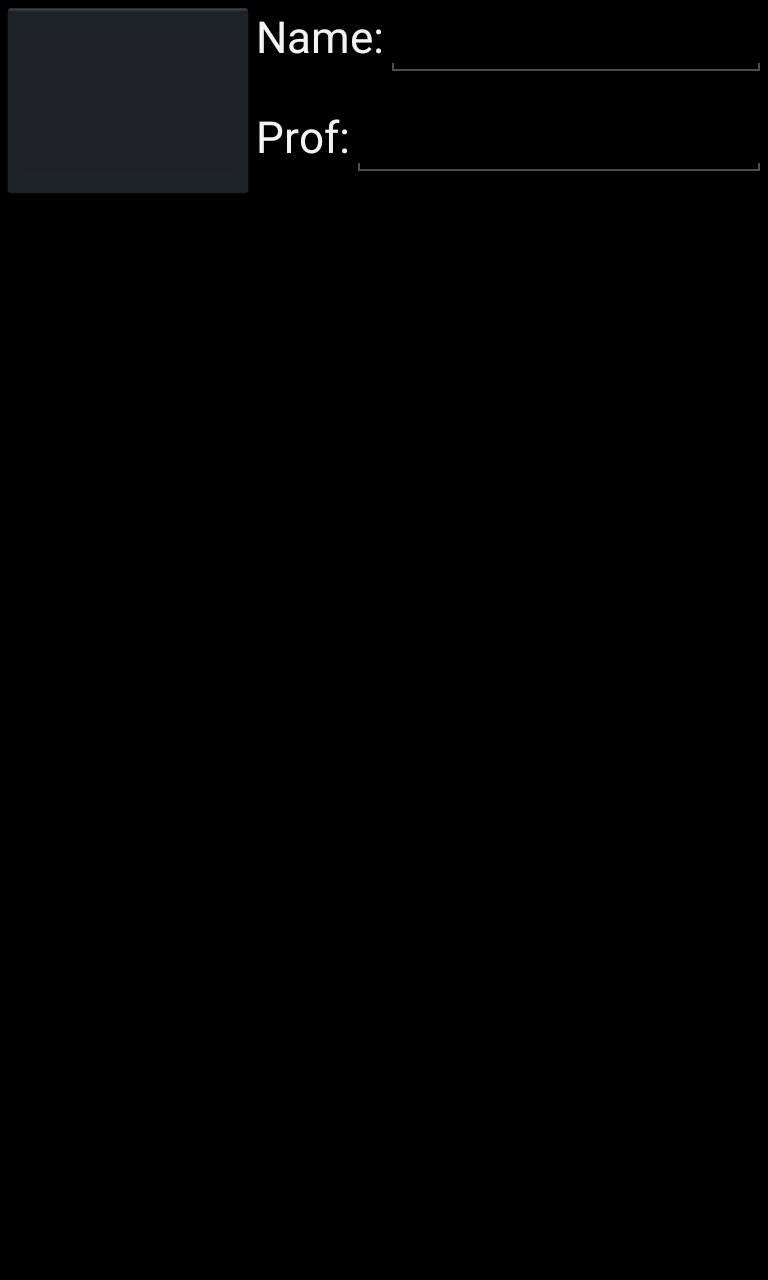
Repository: prayasjain/BunkMonitorApp
Layout: BunkMonitor/res/layout/subject_input.xml
An editor plug-in stored every save of this project. The layout is shown before and after the next save, followed by the edit.
It is drawn on a 768 x 1280 px phone screen (xhdpi) without system bars, with theme android:Theme.Holo; the app's code is not run.

Above is the layout before, as saved 2015-08-05 11:02:04.

### BunkMonitor/res/layout/subject_input.xml
<?xml version="1.0" encoding="utf-8"?>
<LinearLayout xmlns:android="http://schemas.android.com/apk/res/android"
    android:layout_width="match_parent"
    android:layout_height="match_parent"
    android:orientation="vertical" >

    <LinearLayout
        android:layout_width="match_parent"
        android:layout_height="wrap_content"
        android:orientation="horizontal"
        android:weightSum="3" >

        <Button
            android:id="@+id/bImage"
            android:layout_width="match_parent"
            android:layout_height="100dp"
            android:layout_weight="2" />

        <LinearLayout
            android:layout_width="match_parent"
            android:layout_height="match_parent"
            android:layout_weight="1"
            android:orientation="vertical"
            android:weightSum="2">

            <LinearLayout
                android:layout_width="match_parent"
                android:layout_height="match_parent"
                android:layout_weight="1"
                android:orientation="horizontal" >

                <TextView
                    android:id="@+id/tvName"
                    android:layout_width="wrap_content"
                    android:layout_height="wrap_content"
                    android:text="Name:"
                    android:textAppearance="?android:attr/textAppearanceLarge" />

                <EditText
                    android:id="@+id/etName"
                    android:layout_width="match_parent"
                    android:layout_height="wrap_content" />
            </LinearLayout>

            <LinearLayout
                android:layout_width="match_parent"
                android:layout_height="match_parent"
                android:orientation="horizontal"
                android:layout_weight="1" >

                <TextView
                    android:id="@+id/tvProf"
                    android:layout_width="wrap_content"
                    android:layout_height="wrap_content"
                    android:text="Prof:"
                    android:textAppearance="?android:attr/textAppearanceLarge" />

                <EditText
                    android:id="@+id/etProf"
                    android:layout_width="match_parent"
                    android:layout_height="wrap_content" />
            </LinearLayout>
        </LinearLayout>
    </LinearLayout>

</LinearLayout>

After the next save:
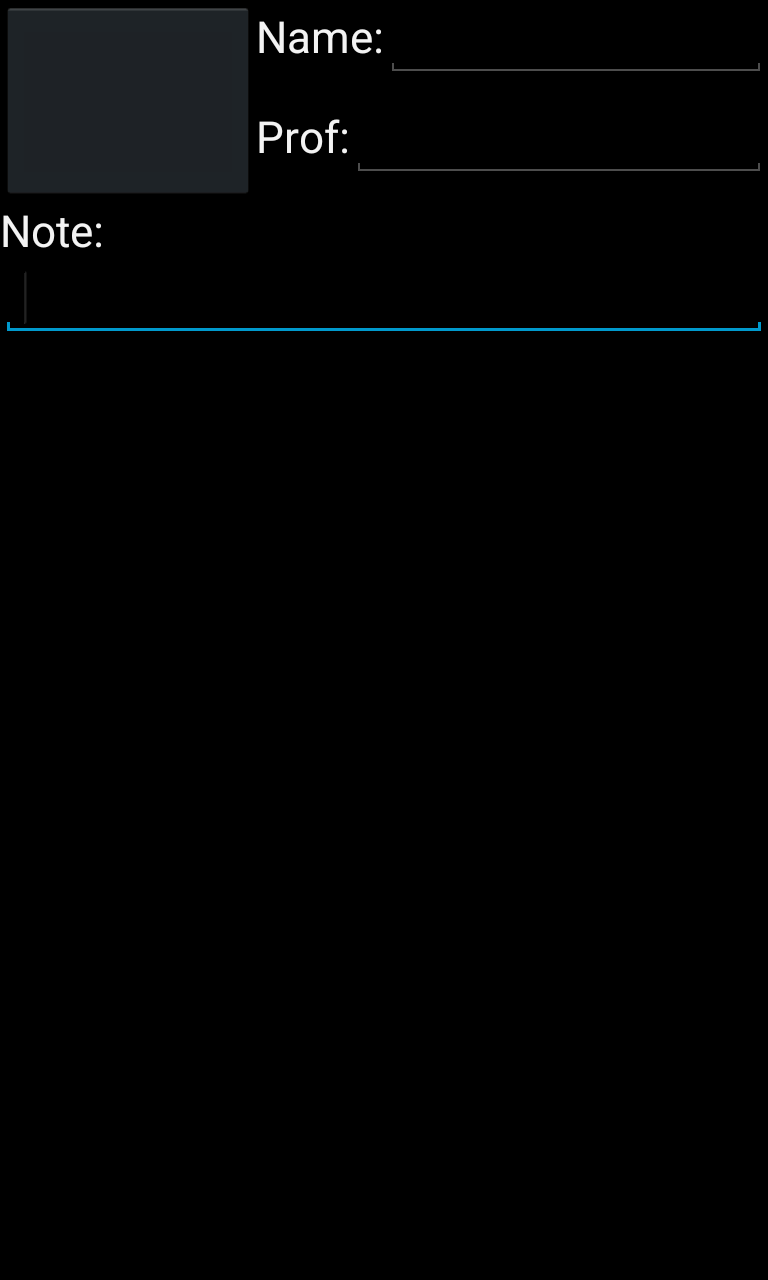
Saved 87 s later.
--- a/BunkMonitor/res/layout/subject_input.xml
+++ b/BunkMonitor/res/layout/subject_input.xml
@@ -30,7 +30,7 @@
                 android:orientation="horizontal" >
 
                 <TextView
-                    android:id="@+id/tvName"
+
                     android:layout_width="wrap_content"
                     android:layout_height="wrap_content"
                     android:text="Name:"
@@ -49,7 +49,7 @@
                 android:layout_weight="1" >
 
                 <TextView
-                    android:id="@+id/tvProf"
+
                     android:layout_width="wrap_content"
                     android:layout_height="wrap_content"
                     android:text="Prof:"
@@ -63,4 +63,20 @@
         </LinearLayout>
     </LinearLayout>
 
+    <TextView
+
+        android:layout_width="wrap_content"
+        android:layout_height="wrap_content"
+        android:text="Note:"
+        android:textAppearance="?android:attr/textAppearanceLarge" />
+
+    <EditText
+        android:id="@+id/etNote"
+        android:layout_width="match_parent"
+        android:layout_height="wrap_content"
+        android:ems="10" >
+
+        <requestFocus />
+    </EditText>
+
 </LinearLayout>
